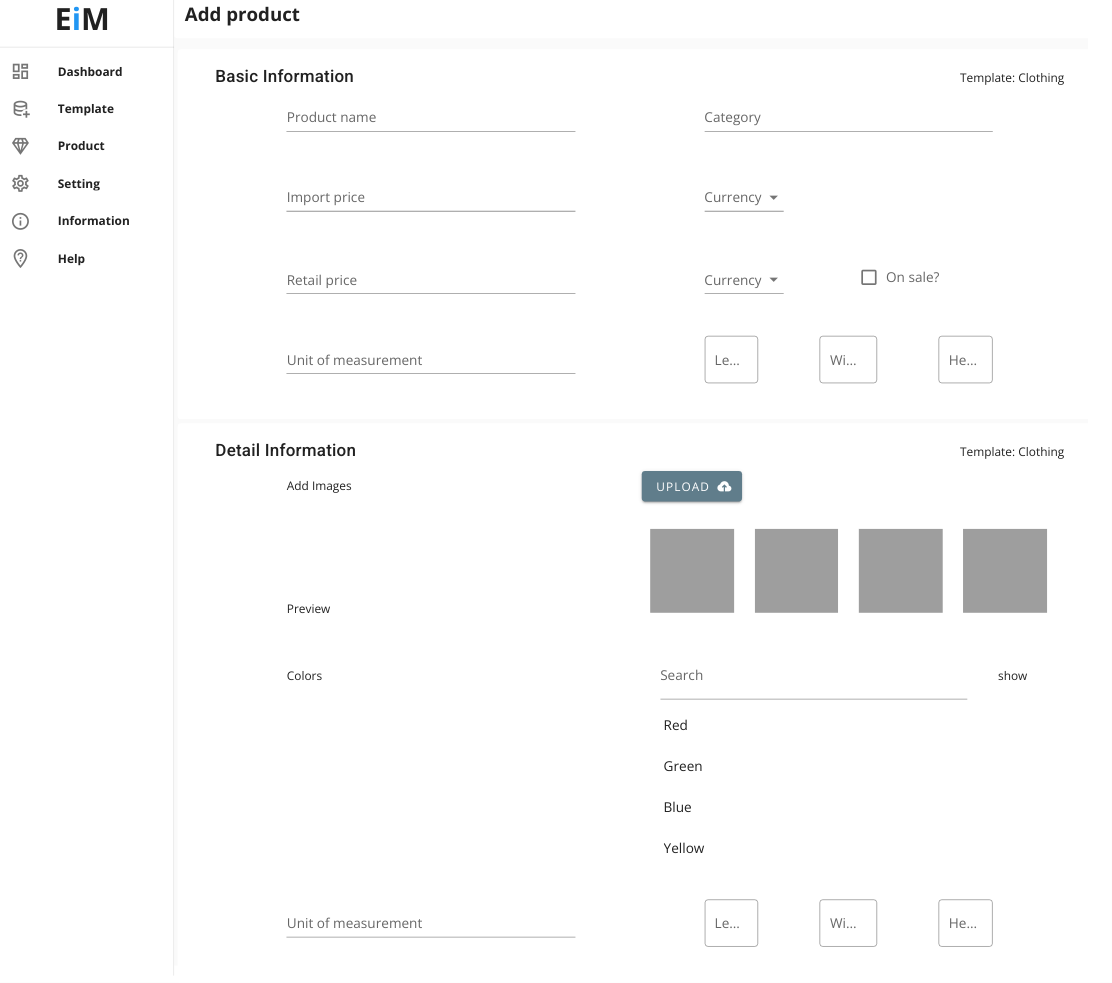
Repository: nguyenphuong152/pim-template
Page: /addproduct
These files come from the project's save history. The page is drawn as it stood at one moment and after the next save; the edit follows.
The browser window is 1280 px wide. The page is 1308 px wide, so the pictures cover 1308 px, including what lies to the right of the window. The pictures show the whole page, at 85% of full size.
Pictures or frames that could not be fetched are drawn as grey boxes. The project was rebuilt for these pictures with package versions that can differ from the ones it lists, and the page was loaded fresh each time. Also part of the build but not shown: vue.config.js, src/views/Home.vue, src/components/Outcome_1/SearchTemplate.vue, src/components/Outcome_1/YourTemplate.vue, src/components/Outcome_1/ListComponent.vue, src/components/Outcome_1/AddInfo.vue, src/components/Outcome_1/AddDetail.vue, src/components/Outcome_1/CreateRegion.vue and 5 more.

Above is the page before, as saved 2020-12-21 12:18:41.

After the next save:
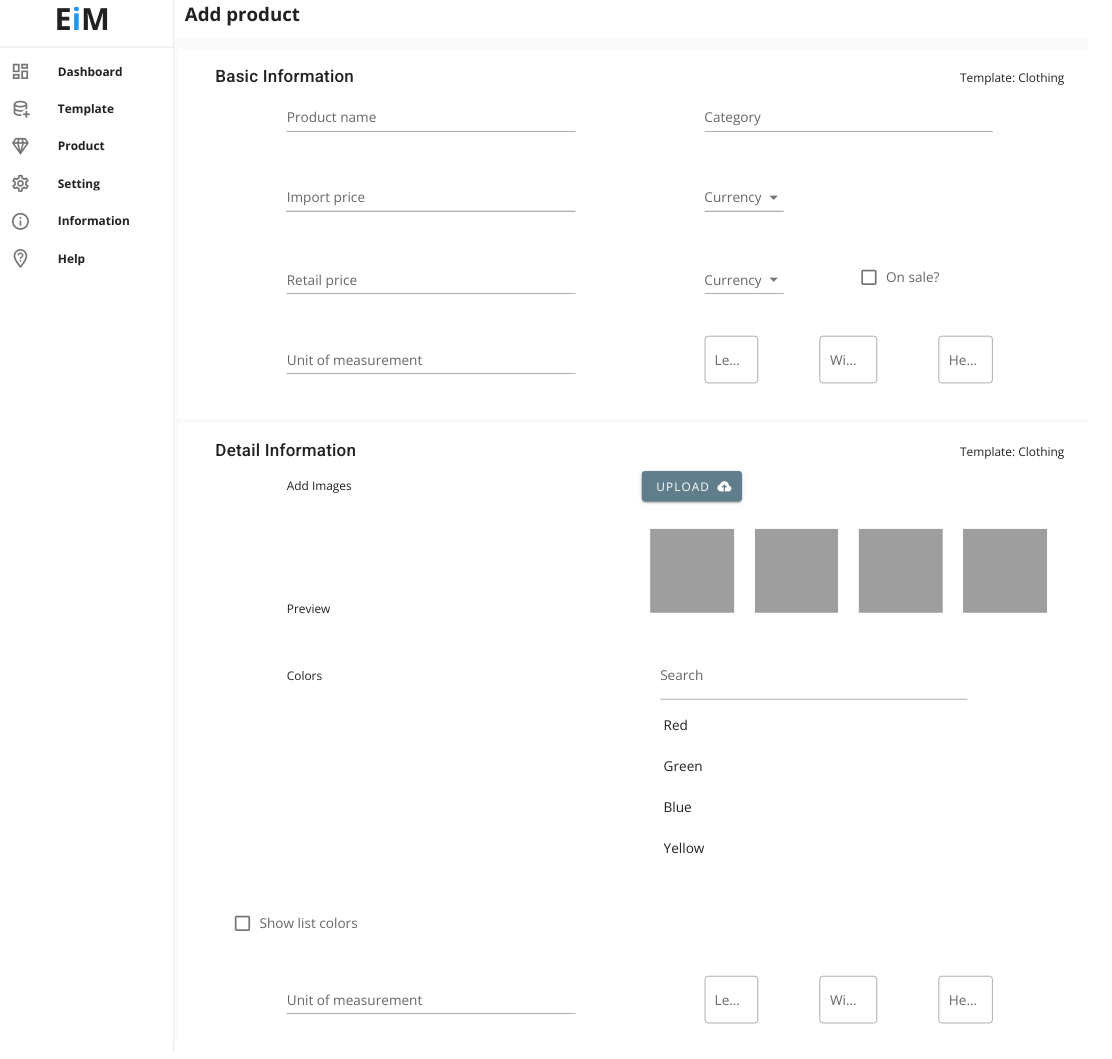
Saved 100 s later.
--- a/src/components/Outcome_2/Detail.vue
+++ b/src/components/Outcome_2/Detail.vue
@@ -107,7 +107,10 @@
             </v-list>
           </v-col>
           <v-col>
-            <span>show</span>
+            <v-checkbox
+              v-model="checkbox"
+              label="Show list colors"
+            ></v-checkbox>
           </v-col>
         </v-row>
         <v-row class="d-flex align-baseline">
